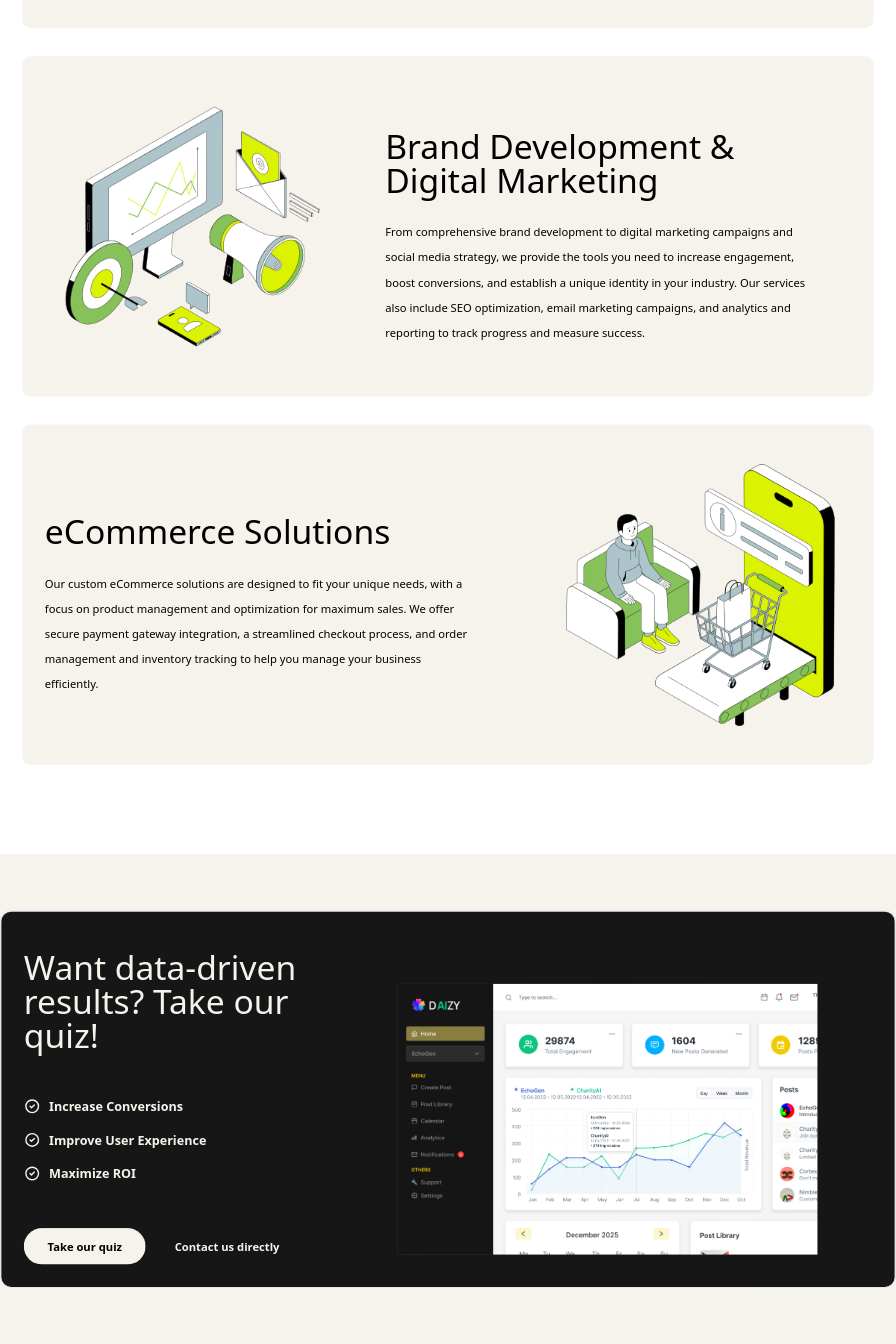
Repository: ornelasedward/mired_website
Page: /
The author's editor kept a copy of each file at every save. The page is drawn from the files as they stood at one save, then again after a run of saves.
The browser window is 1280 px wide. The pictures show the part of the page from y = 2609 to 4529 px (the page is 4529 px tall), at 70% of full size.
The project was rebuilt for these pictures with package versions that can differ from the ones it lists, and the page was loaded fresh each time. The framework's server and built-in components were replaced by stand-ins that run in the browser. Also part of the build but not shown: next.config.js.

Above is the page before, as saved 2023-03-30 18:58:17.

### app/layout.tsx
import "./globals.css";

export const metadata = {
  title: "Mired",
  description: "Web design and development services",
};

export default function RootLayout({
  children,
}: {
  children: React.ReactNode;
}) {
  return (
    <html lang="en" className="bg-gradient-to-r from-[#F6F3EC] to-[#F5F3EB]">
      <body>{children}</body>
    </html>
  );
}

### app/page.tsx
import Header from "@/components/Header";
import Hero from "@/components/Hero";
import Services from "@/components/Services";
import CTA from "@/components/CTA";
import { Inter } from "next/font/google";
import Testimonial from "@/components/Testimonials";
import FAQ from "@/components/FAQ";
import Contact from "@/components/Contact";
import Footer from "@/components/Footer";

const inter = Inter({ subsets: ["latin"] });

export default function Home() {
  return (
    <main>
      <Hero />
      <Header />
      <Services />
      <CTA />
      {/* <Testimonial />
      <FAQ />
      <Contact />
      <Footer /> */}
    </main>
  );
}

### components/Header.tsx
export default function Header() {
  return (
    <section className="py-12 overflow-hidden sm:py-16 lg:py-20 xl:py-24">
      <div className="px-4 mx-auto max-w-7xl sm:px-6 lg:px-8">
        <div className="grid max-w-6xl grid-cols-1 mx-auto gap-y-12 lg:grid-cols-2 lg:gap-x-16 xl:gap-x-24">
          <div className="relative flex flex-col justify-between max-w-lg lg:py-12 lg:max-w-none">
            <div className="flex-1">
              <p className="text-sm font-normal tracking-widest uppercase">
                <span className="text-transparent bg-clip-text bg-gradient-to-r from-cyan-500 to-purple-500">
                  {" "}
                  Have a project in mind?{" "}
                </span>
              </p>
            </div>

            <div className="mt-6 lg:mt-auto">
              <h2 className="text-3xl font-normal text-black sm:text-4xl lg:text-5xl xl:text-6xl">
                We are dedicated to crafting websites that convert visitors into
                customers.
              </h2>
              <p className="mt-4 text-base font-normal text-black lg:max-w-xs sm:text-lg sm:mt-6">
                Sign up for a free consultation today and let our experts help
                you create a modern web design that focuses on increasing
                conversions and enhancing user experiences.
              </p>
            </div>
          </div>

          <div className="relative flex items-center justify-center">
            <div className="absolute right-1/4 transform translate-x-4 -translate-y-1/2 top-1/2 bg-gradient-to-br from-[#F7BE08] to-[#55F5A3] w-full h-full blur-2xl opacity-40" />

            <div className="relative overflow-hidden bg-white rounded-xl">
              <div className="p-6 sm:py-8 sm:px-9">
                <p className="text-xl font-normal text-black">
                  Let us know about your business & we will be in contact to
                  help you grow your business.
                </p>

                <form action="#" method="POST" className="mt-8 space-y-4">
                  <div>
                    <label for="" className="sr-only">
                      {" "}
                      Full name{" "}
                    </label>
                    <div>
                      <input
                        type="text"
                        name=""
                        id=""
                        placeholder="First & Last name"
                        className="block w-full px-5 py-4 text-base text-black placeholder-gray-500 bg-gray-200 rounded-md focus:border-black focus:ring-1 focus:ring-black"
                      />
                    </div>
                  </div>

                  <div>
                    <label for="" className="sr-only">
                      {" "}
                      Email address{" "}
                    </label>
                    <div>
                      <input
                        type="email"
                        name=""
                        id=""
                        placeholder="Email address"
                        className="block w-full px-5 py-4 text-base text-black placeholder-gray-500 bg-gray-200 rounded-md focus:border-black focus:ring-1 focus:ring-black"
                      />
                    </div>
                  </div>

                  <div>
                    <label for="" className="sr-only">
                      {" "}
                      Phone number{" "}
                    </label>
                    <div>
                      <input
                        type="tel"
                        name=""
                        id=""
                        placeholder="Phone number"
                        className="block w-full px-5 py-4 text-base text-black placeholder-gray-500 bg-gray-200 rounded-md focus:border-black focus:ring-1 focus:ring-black"
                      />
                    </div>
                  </div>

                  <div>
                    <label for="" className="sr-only">
                      {" "}
                      Message{" "}
                    </label>
                    <div>
                      <textarea
                        name=""
                        id=""
                        placeholder="Write your message"
                        rows="4"
                        className="block w-full px-5 py-4 text-base text-black placeholder-gray-500 bg-gray-200 rounded-md focus:border-black focus:ring-1 focus:ring-black"
                      ></textarea>
                    </div>
                  </div>

                  <div>
                    <div className="relative inline-flex mt-2 group">
                      <div className="absolute transition-all duration-200 rounded-[2rem] -inset-px bg-gradient-to-r from-cyan-500 to-purple-500 group-hover:shadow-lg group-hover:shadow-cyan-500/50"></div>
                      <button
                        type="button"
                        className="relative inline-flex items-center justify-center px-8 py-3 text-base font-normal text-white bg-black border border-transparent rounded-[2rem]"
                        role="button"
                      >
                        Send Message
                      </button>
                    </div>
                  </div>
                </form>
              </div>
            </div>
          </div>
        </div>
      </div>
    </section>
  );
}

### components/Services.tsx
import Image from "next/image";
import Laptop from "../images/Laptop.png";
import Ecom from "../images/Ecom.png";
import Marketing from "../images/Marketing.png";

export default function Services() {
  return (
    <div className="bg-white">
      <div className="relative px-4 mx-auto sm:px-6 lg:px-8 max-w-7xl">
        <div className="grid grid-cols-1 gap-10 lg:py-32 py-20">
          <div className="bg-gradient-to-r from-[#F6F3EC] to-[#F5F3EB] rounded-xl">
            <div className="grid md:grid-cols-5 grid-cols-1">
              <div className="col-span-3 flex items-center max-w-2xl">
                <div className="px-8 pt-8 flex flex-col lg:gap-8 gap-6 lg:max-w-2xl">
                  <h1 className="xl:text-5xl lg:text-4xl sm:text-2xl text-3xl font-normal text-black">
                    Web Design & Development
                  </h1>
                  <p className="text-md font-light lg:leading-9 md:leading-6 leading-9">
                    Our agency specializes in creating high-converting modern
                    website designs that are optimized for user experience. We
                    offer a range of services including UX research, UI
                    designing, web development, and API integrations, as well as
                    ongoing maintenance and support to ensure optimal website
                    performance on all devices.
                  </p>
                </div>
              </div>
              <div className="col-span-2">
                <Image
                  className="m-auto"
                  src={Laptop}
                  alt=""
                  width={500}
                  height={500}
                />
              </div>
            </div>
          </div>

          <div className="bg-gradient-to-r from-[#F6F3EC] to-[#F5F3EB] rounded-xl">
            <div className="grid md:grid-cols-5 grid-cols-1">
              <div className="col-span-2 md:block hidden">
                <Image
                  className="m-auto"
                  src={Marketing}
                  alt=""
                  width={500}
                  height={500}
                />
              </div>
              <div className="col-span-3 flex items-center max-w-2xl">
                <div className="px-8 pt-8 flex flex-col lg:gap-8 gap-6 lg:max-w-2xl">
                  <h1 className="xl:text-5xl lg:text-4xl sm:text-2xl text-3xl font-normal text-black">
                    Brand Development & Digital Marketing
                  </h1>
                  <p className="text-md font-light lg:leading-9 md:leading-6 leading-9">
                    From comprehensive brand development to digital marketing
                    campaigns and social media strategy, we provide the tools
                    you need to increase engagement, boost conversions, and
                    establish a unique identity in your industry. Our services
                    also include SEO optimization, email marketing campaigns,
                    and analytics and reporting to track progress and measure
                    success.
                  </p>
                </div>
              </div>
              <div className="col-span-2 md:hidden block">
                <Image
                  className="m-auto"
                  src={Marketing}
                  alt=""
                  width={500}
                  height={500}
                />
              </div>
            </div>
          </div>

          <div className="bg-gradient-to-r from-[#F6F3EC] to-[#F5F3EB] rounded-xl">
            <div className="grid md:grid-cols-5 grid-cols-1">
              <div className="col-span-3 flex items-center max-w-2xl">
                <div className="px-8 pt-8 flex flex-col lg:gap-8 gap-6 lg:max-w-2xl">
                  <h1 className="xl:text-5xl lg:text-4xl sm:text-2xl text-3xl font-normal text-black">
                    eCommerce Solutions
                  </h1>
                  <p className="text-md font-light lg:leading-9 md:leading-6 leading-9">
                    Our custom eCommerce solutions are designed to fit your
                    unique needs, with a focus on product management and
                    optimization for maximum sales. We offer secure payment
                    gateway integration, a streamlined checkout process, and
                    order management and inventory tracking to help you manage
                    your business efficiently.
                  </p>
                </div>
              </div>
              <div className="col-span-2">
                <Image
                  className="m-auto"
                  src={Ecom}
                  alt=""
                  width={500}
                  height={500}
                />
              </div>
            </div>
          </div>
        </div>
      </div>
    </div>
  );
}

### components/CTA.tsx
import Image from "next/image";
import Dashboard from "../images/dashboard.png";

export default function Component() {
  return (
    <div>
      <section className="relative py-12 overflow-hidden sm:py-16 lg:py-20">
        <div className="px-4 mx-auto max-w-7xl sm:px-6 lg:px-8 border-2 rounded-2xl bg-[#161616]">
          <div className="text-center lg:w-1/2 xl:w-2/5 lg:text-left lg:pr-8 py-8">
            <h2 className="mt-6 text-3xl font-regular text-[#F6F3EC] sm:text-4xl xl:text-5xl font-pj">
              Want data-driven results? Take our quiz!
            </h2>

            <ul className="mt-4 space-y-5 lg:mt-16">
              <li className="flex items-center justify-center text-[#F6F3EC] lg:justify-start">
                <svg
                  className="w-6 h-6"
                  xmlns="http://www.w3.org/2000/svg"
                  fill="none"
                  viewBox="0 0 24 24"
                  stroke="currentColor"
                >
                  <path
                    stroke-linecap="round"
                    stroke-linejoin="round"
                    stroke-width="2"
                    d="M9 12l2 2 4-4m6 2a9 9 0 11-18 0 9 9 0 0118 0z"
                  />
                </svg>
                <span className="ml-3 text-lg font-bold font-pj">
                  {" "}
                  Increase Conversions
                </span>
              </li>

              <li className="flex items-center justify-center text-[#F6F3EC] lg:justify-start">
                <svg
                  className="w-6 h-6"
                  xmlns="http://www.w3.org/2000/svg"
                  fill="none"
                  viewBox="0 0 24 24"
                  stroke="currentColor"
                >
                  <path
                    stroke-linecap="round"
                    stroke-linejoin="round"
                    stroke-width="2"
                    d="M9 12l2 2 4-4m6 2a9 9 0 11-18 0 9 9 0 0118 0z"
                  />
                </svg>
                <span className="ml-3 text-lg font-bold font-pj">
                  {" "}
                  Improve User Experience
                </span>
              </li>

              <li className="flex items-center justify-center text-[#F6F3EC] lg:justify-start">
                <svg
                  className="w-6 h-6"
                  xmlns="http://www.w3.org/2000/svg"
                  fill="none"
                  viewBox="0 0 24 24"
                  stroke="currentColor"
                >
                  <path
                    stroke-linecap="round"
                    stroke-linejoin="round"
                    stroke-width="2"
                    d="M9 12l2 2 4-4m6 2a9 9 0 11-18 0 9 9 0 0118 0z"
                  />
                </svg>
                <span className="ml-3 text-lg font-bold font-pj">
                  {" "}
                  Maximize ROI
                </span>
              </li>
            </ul>

            <div className="flex flex-col items-center mt-4 lg:justify-start sm:justify-center sm:flex-row lg:mt-16 sm:space-x-5">
              <a
                href="#"
                title=""
                className="
                        relative
                        inline-flex
                        items-center
                        justify-center
                        w-48
                        px-8
                        py-3
                        text-base
                        font-bold
                        text-black
                        transition-all
                        duration-200
                        bg-[#F6F3EC]
                        border-2 border-transparent
                        sm:w-auto
                        focus:outline-none focus:ring-2 focus:ring-offset-2 focus:ring-gray-900
                        font-pj
                        hover:bg-opacity-90
                        rounded-[2rem]
                    "
                role="button"
              >
                Take our quiz
              </a>

              <a
                href="#"
                title=""
                className="
                        inline-flex
                        items-center
                        justify-center
                        w-48
                        px-2
                        py-3
                        mt-5
                        text-base
                        font-bold
                        text-[#F6F3EC]
                        transition-all
                        duration-200
                        border-2 border-transparent
                        sm:w-autojustify-center sm:mt-0
                        rounded-[2rem]
                        font-pj
                        focus:outline-none focus:ring-2 focus:ring-offset-2 focus:ring-gray-900
                        focus:bg-transparent
                        hover:text-white
                        focus:text-white
                        hover:border-white
                        focus:border-gray-900
                    "
                role="button"
              >
                Contact us directly
              </a>
            </div>
          </div>
        </div>

        <div className="mt-16 translate-x-12 lg:absolute lg:bottom-0 lg:right-0 lg:-translate-y-32 lg:-translate-x-28 overflow-hidden">
          <div className="relative">
            <div className="absolute -inset-2">
              <div
                className="w-full h-full mx-auto opacity-30 blur-lg filter"
                style={{
                  background:
                    "linear-gradient(90deg, #44ff9a -0.55%, #44b0ff 22.86%, #8b44ff 48.36%, #ff6644 73.33%, #ebff70 99.34%)",
                }}
              ></div>
            </div>

            <div className="relative">
              <div className="aspect-w-16 aspect-h-12 lg:aspect-none">
                <Image
                  className="object-cover object-left-top w-[600px] h-full lg:max-w-4xl 2xl:max-w-5xl"
                  src={Dashboard}
                  alt=""
                />
              </div>
            </div>
          </div>
        </div>
      </section>
    </div>
  );
}

Loaded but not shown: app/globals.css (common file); tailwind.config.js (common file); components/Hero.tsx (254 lines, source omitted)

After the next 3 saves:
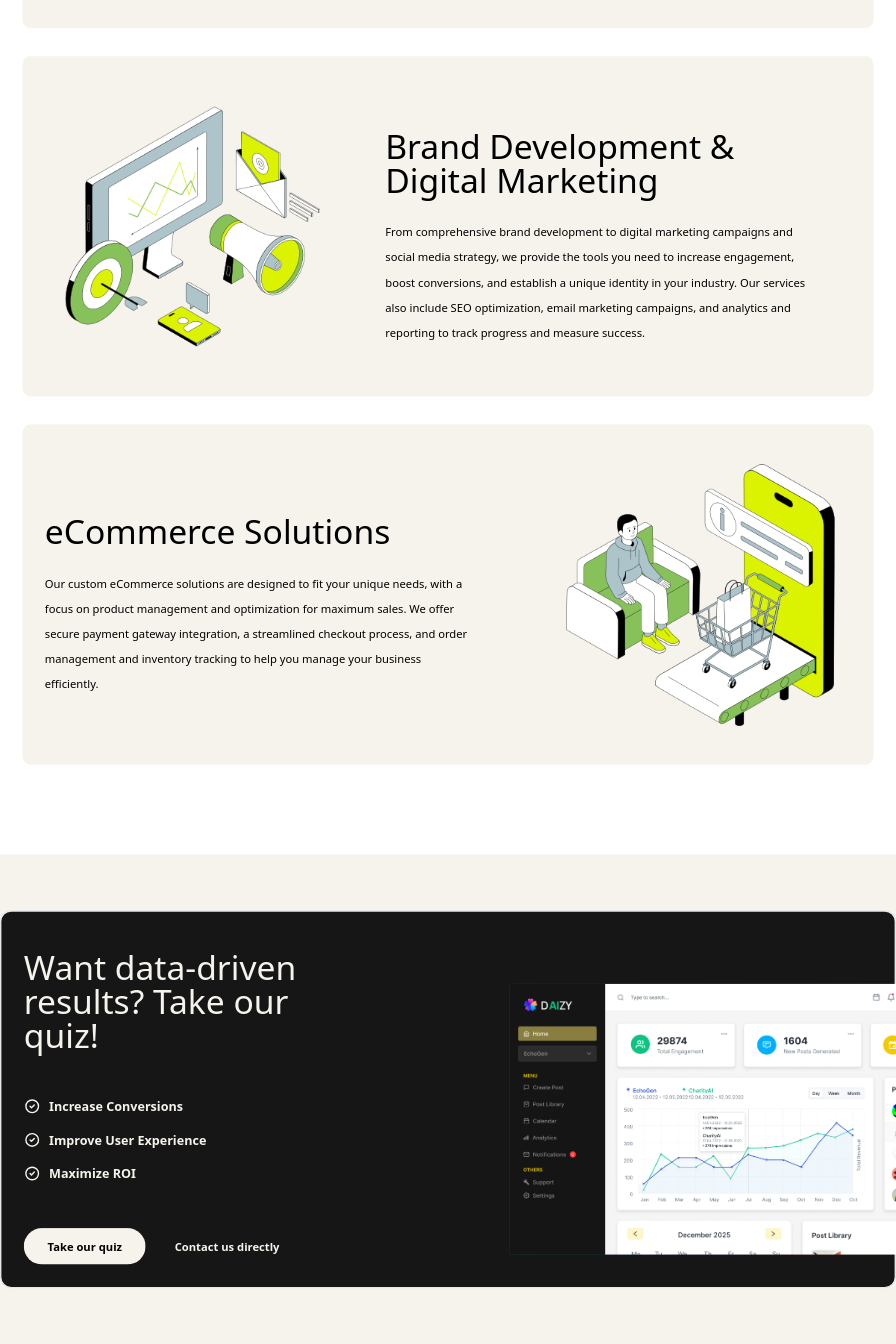
The 3 saves are shown as one change because they came seconds apart.
The last was saved 46 s later.
--- a/components/CTA.tsx
+++ b/components/CTA.tsx
@@ -141,7 +141,7 @@
           </div>
         </div>
 
-        <div className="mt-16 translate-x-12 lg:absolute lg:bottom-0 lg:right-0 lg:-translate-y-32 lg:-translate-x-28 overflow-hidden">
+        <div className="mt-16 translate-x-12 lg:absolute lg:bottom-0 lg:right-0 lg:-translate-y-32 lg:-translate-x-38 overflow-hidden">
           <div className="relative">
             <div className="absolute -inset-2">
               <div
